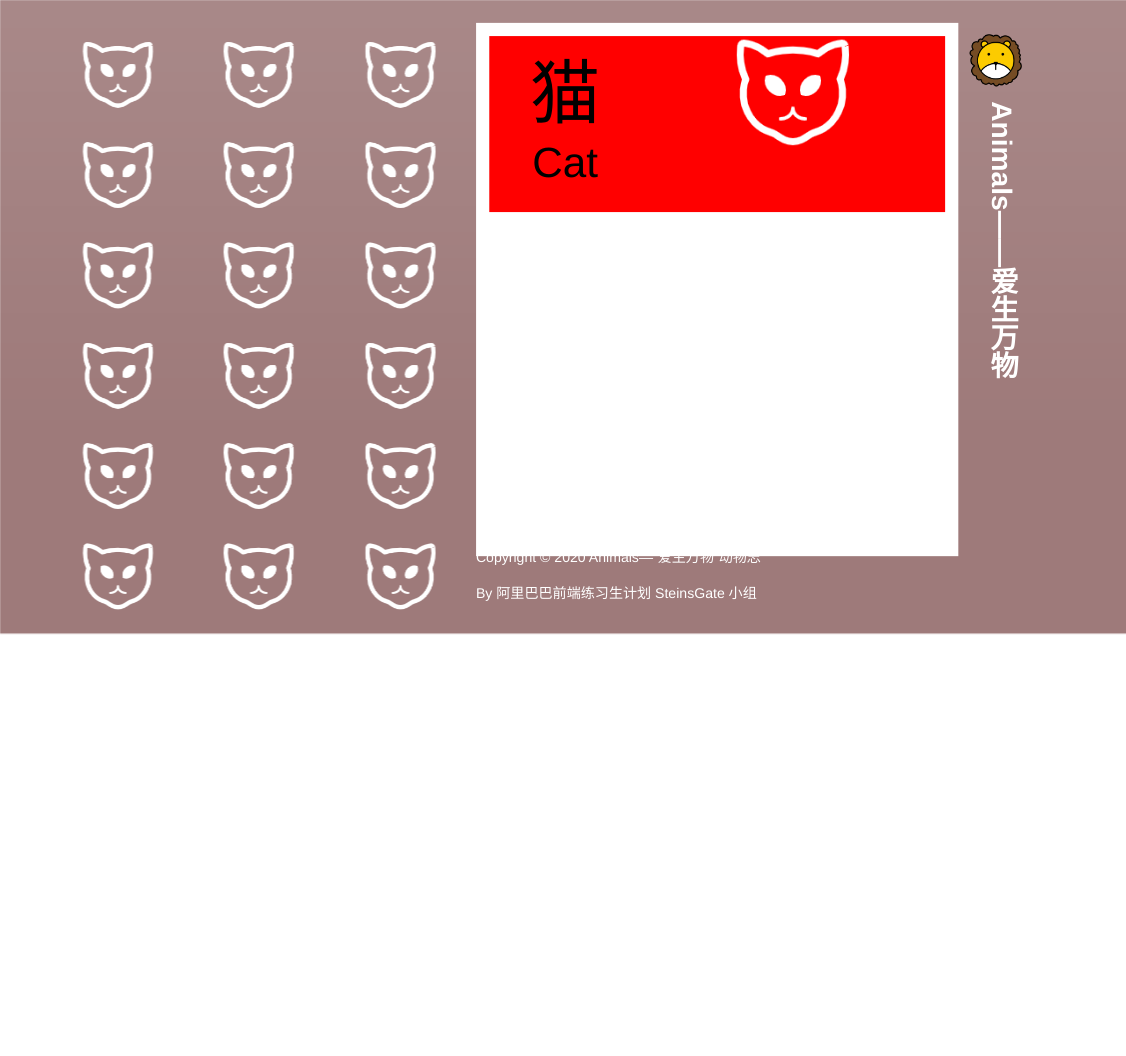
Repository: Whiskeyi/Animals
Page: /
The author's editor kept a copy of each file at every save. The page is drawn from the files as they stood at one save, then again after the next save.
The browser window is 1280 px wide. The pictures show the whole page, at 88% of full size.
The project was rebuilt for these pictures with package versions that can differ from the ones it lists, and the page was loaded fresh each time.

Above is the page before, as saved 2021-11-15 23:54:54.

After the next save:
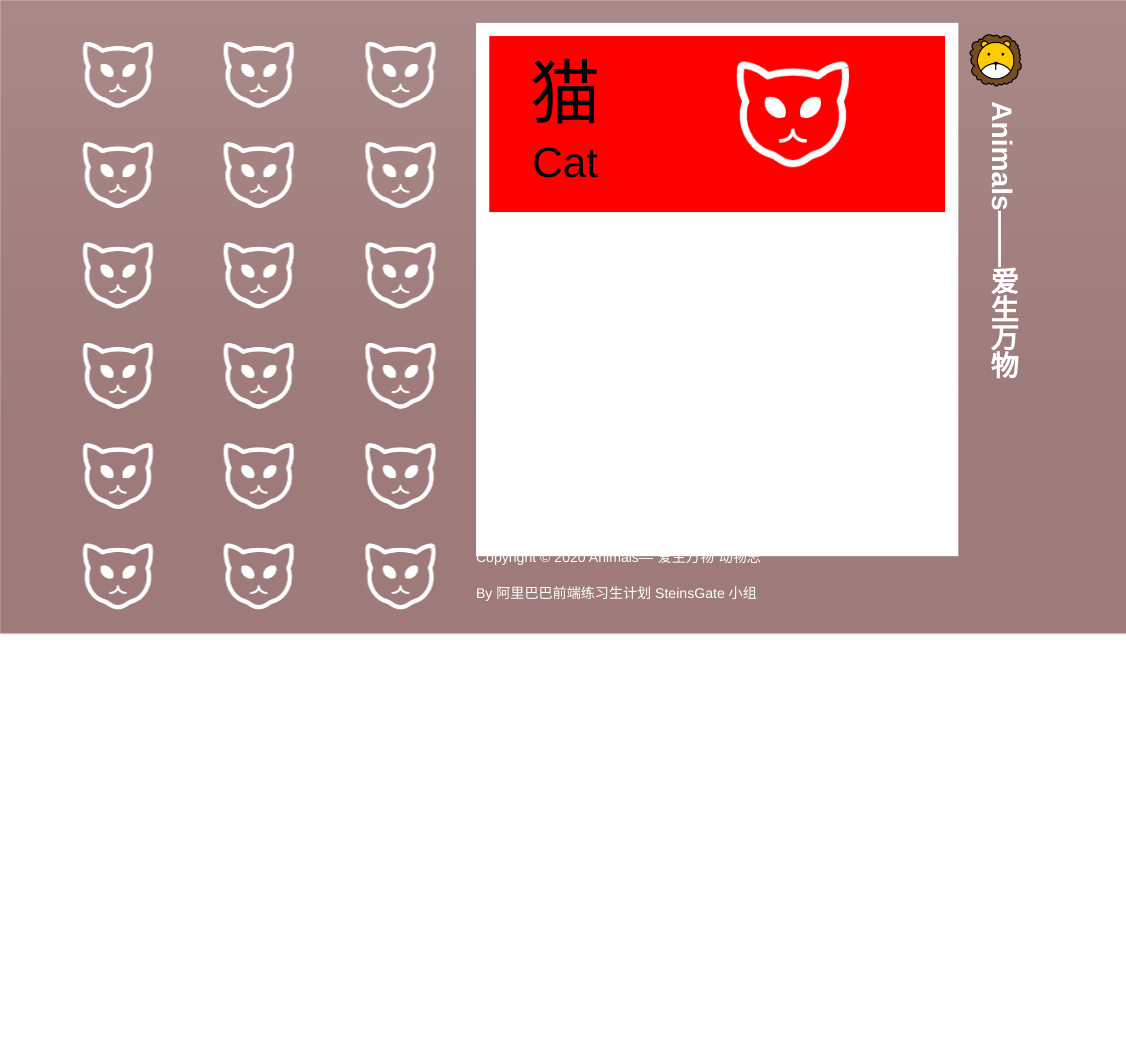
Saved 28 s later.
--- a/src/components/Info/Introduce/index.vue
+++ b/src/components/Info/Introduce/index.vue
@@ -25,6 +25,9 @@ export default {
     width: 100%;
     text-align: center;
 }
+.logo {
+    margin-top: 25px;
+}
 .title {
     font-size: 80px;
 }
